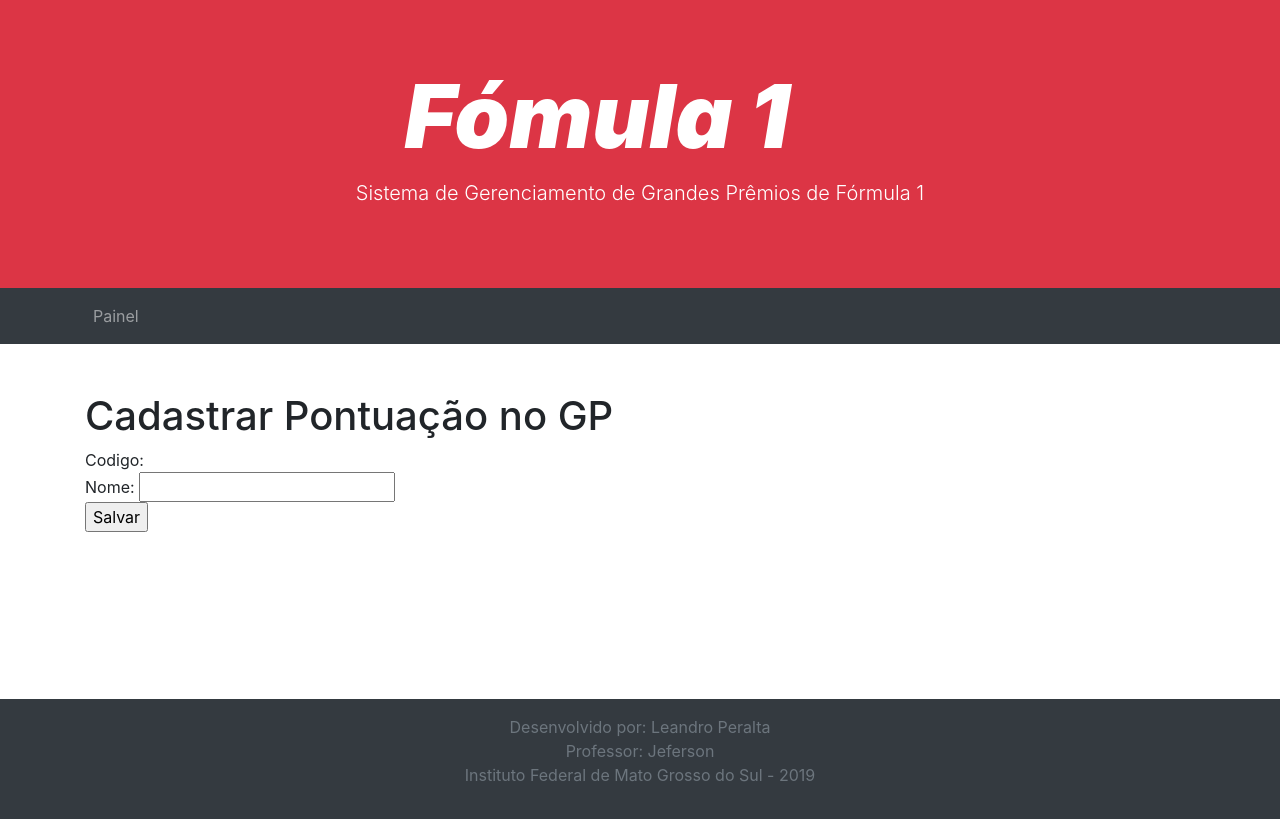
Repository: lperalta13/Formula1_Java
Page: http://localhost/formula1/pais.jsp
An editor plug-in stored every save of this project. The page is shown before and after the next save, followed by the edit.
The browser window is 1280 px wide. The pictures show the whole page.
The page is served by Tomcat 9. Other server files are loaded and not shown.

Above is the page before, as saved 2019-12-11 21:22:52.

### formula1/WebContent/pais.jsp
<%@ page language="java" contentType="text/html; charset=ISO-8859-1"
    pageEncoding="ISO-8859-1"%>
<!DOCTYPE html PUBLIC "-//W3C//DTD HTML 4.01 Transitional//EN" "http://www.w3.org/TR/html4/loose.dtd">
<html lang="pt">
<head>
    <meta charset="UTF-8">
    <meta name="viewport" content="width=device-width, initial-scale=1, shrink-to-fit=no">
    <title>Fómula 1</title>
    <!-- Bootstrap core CSS -->
    <link rel="stylesheet" href="https://stackpath.bootstrapcdn.com/bootstrap/4.3.1/css/bootstrap.min.css" integrity="sha384-ggOyR0iXCbMQv3Xipma34MD+dH/1fQ784/j6cY/iJTQUOhcWr7x9JvoRxT2MZw1T" crossorigin="anonymous">
    <link rel="stylesheet" href="css/pro.css">

    <style type="text/css">
        img{
            height: calc(100vh - 463px);
            object-fit: cover;
        }
        .container:nth-of-type(2){
            min-height: calc(100vh - 463px);
            margin-bottom: 50px;
        }
    </style>

</head>
<body class="position-relative">
  <div class="jumbotron jumbotron-fluid mb-0 bg-danger text-white">
    <div class="container text-center">
      <h1 class="display-2 font-italic font-weight-bold"><strong> Fómula 1 </strong><i class="fas fa-tire fa-spin"></i></h1>
      <p class="lead">Sistema de Gerenciamento de Grandes Prêmios de Fórmula 1</p>
    </div>
  </div>
  <nav class="navbar navbar-expand-lg navbar-dark bg-dark">
    <div class="container">
      <div class="collapse navbar-collapse" id="navbarNavDropdown">
        <ul class="navbar-nav mr-auto">
            <li class="nav-item">
              <a class="nav-link" href="dashboard.html">Painel<span class="sr-only">(Página atual)</span></a>
            </li>
        </ul>
      </div>
    </div>
    </nav>
<div class="container">
	<div class="row mt-5">
		<div class="col-md-12">
			<h1>Cadastrar Pontuação no GP</h1>
<form method="post" action="paisServlet">
Codigo: <input type="hidden" name="codigo">
<br/>
Nome: <input type="text" name="nome">
<br/>
<input type="submit" value="Salvar">



</form>
	</div>
	</div>
	</div>
	<footer class="text-muted text-center bg-dark p-3">
		<div class="container">
			<p>Desenvolvido por: Leandro Peralta
            <br>Professor: Jeferson
            <br>Instituto Federal de Mato Grosso do Sul - 2019</p>
		</div>
	</footer>
	<script src="https://code.jquery.com/jquery-3.3.1.slim.min.js" integrity="sha384-q8i/X+965DzO0rT7abK41JStQIAqVgRVzpbzo5smXKp4YfRvH+8abtTE1Pi6jizo" crossorigin="anonymous"></script>
	<script src="https://cdnjs.cloudflare.com/ajax/libs/popper.js/1.14.3/umd/popper.min.js" integrity="sha384-ZMP7rVo3mIykV+2+9J3UJ46jBk0WLaUAdn689aCwoqbBJiSnjAK/l8WvCWPIPm49" crossorigin="anonymous"></script>
	<script src="https://stackpath.bootstrapcdn.com/bootstrap/4.1.3/js/bootstrap.min.js" integrity="sha384-ChfqqxuZUCnJSK3+MXmPNIyE6ZbWh2IMqE241rYiqJxyMiZ6OW/JmZQ5stwEULTy" crossorigin="anonymous"></script>



</body>
</html>

Loaded but not shown: formula1/WebContent/css/pro.css (library)

After the next save:
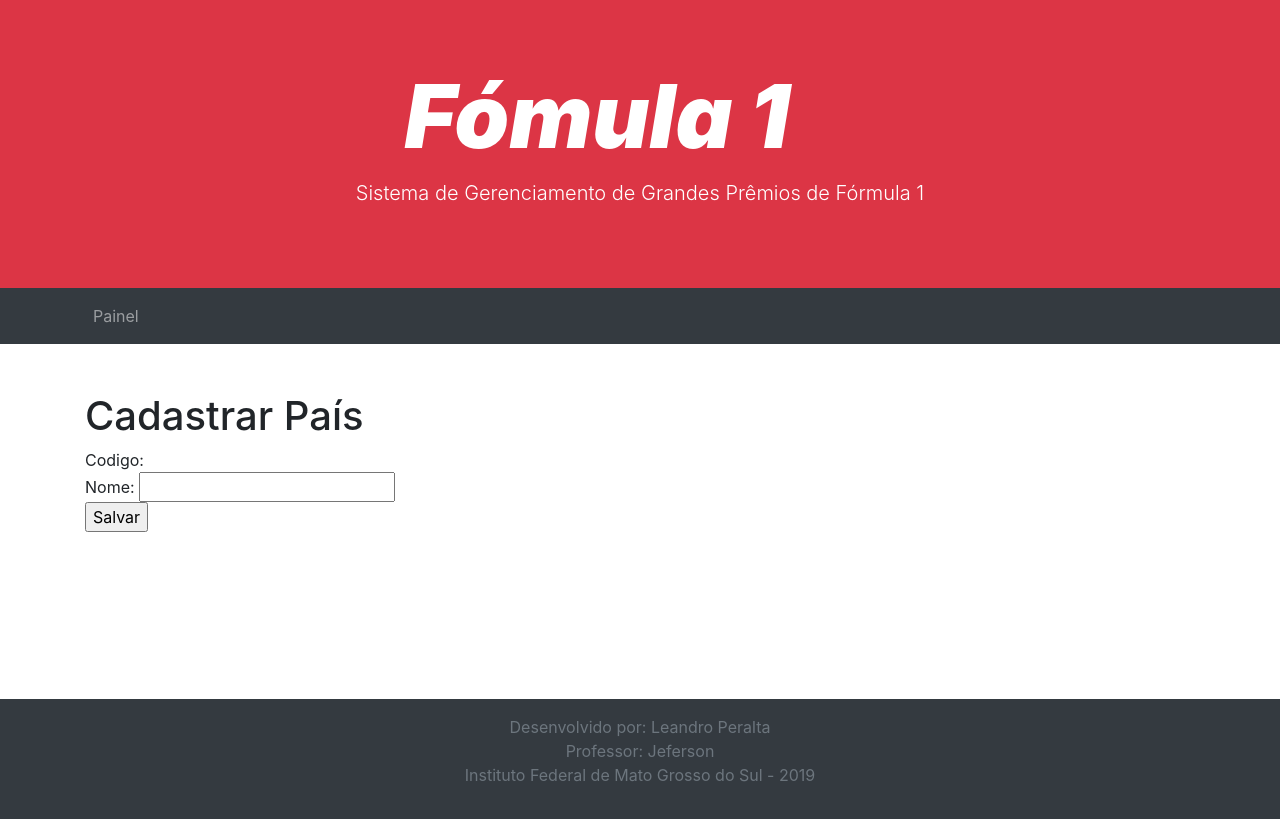
Saved 2 min 57 s later.
--- a/formula1/WebContent/pais.jsp
+++ b/formula1/WebContent/pais.jsp
@@ -43,7 +43,7 @@
 <div class="container">
 	<div class="row mt-5">
 		<div class="col-md-12">
-			<h1>Cadastrar Pontuação no GP</h1>
+			<h1>Cadastrar País</h1>
 <form method="post" action="paisServlet">
 Codigo: <input type="hidden" name="codigo">
 <br/>
